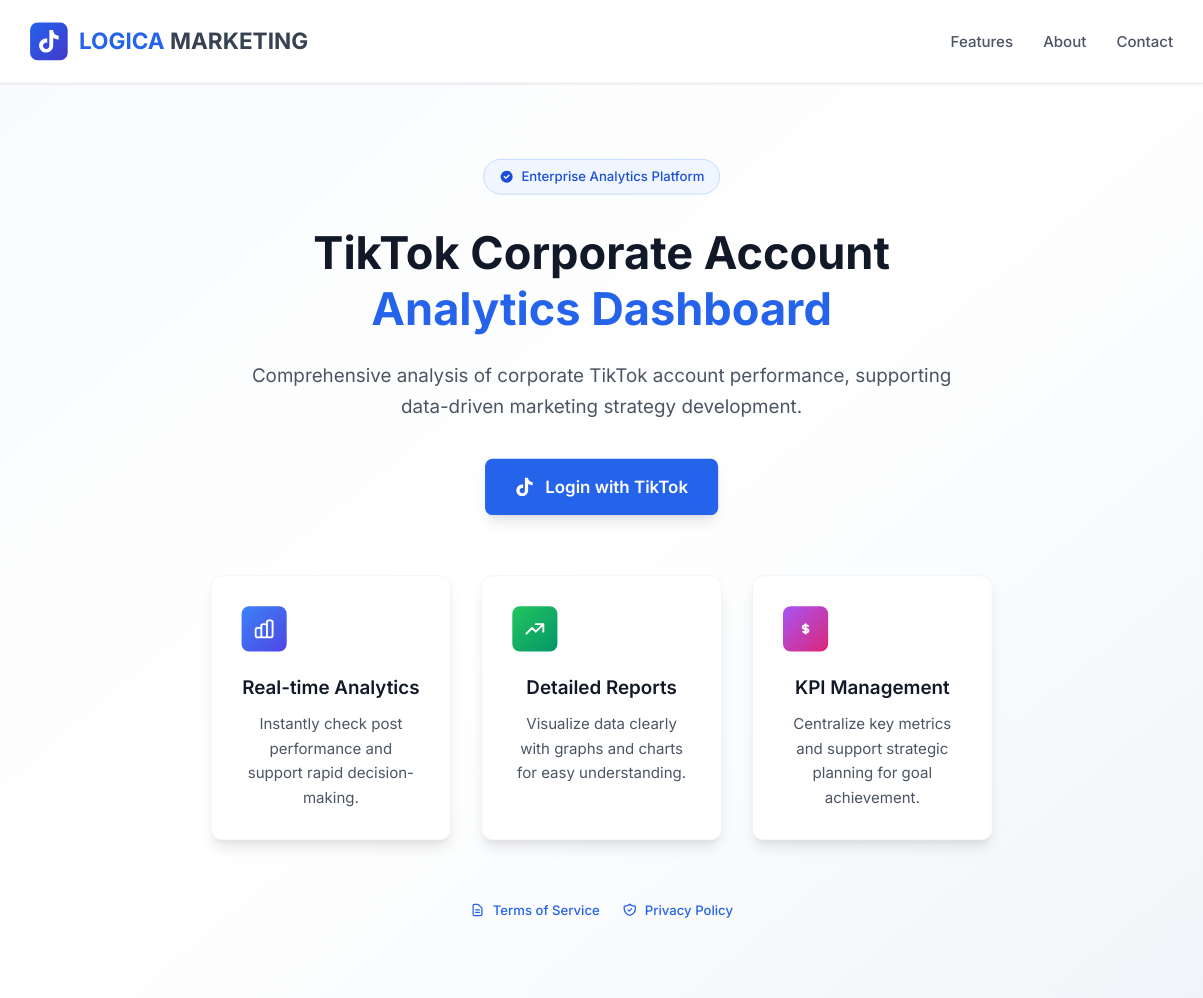
Repository: masayasusuzuki/LogicaMarketingTool
Page: /
The author's editor kept a copy of each file at every save. The page is drawn from the files as they stood at one save, then again after the next save.
The browser window is 1280 px wide. The pictures show the whole page, at 94% of full size.
The project was rebuilt for these pictures with package versions that can differ from the ones it lists, and the page was loaded fresh each time. The framework's server and built-in components were replaced by stand-ins that run in the browser. Also part of the build but not shown: next.config.js.

Above is the page before, as saved 2025-08-07 15:02:22.

### src/app/layout.tsx
import type { Metadata } from 'next'
import { Inter } from 'next/font/google'
import './globals.css'

const inter = Inter({ subsets: ['latin'] })

export const metadata: Metadata = {
  title: 'LOGICA MARKETING - TikTok Analytics',
  description: 'TikTok Corporate Account Analytics Dashboard',
}

export default function RootLayout({
  children,
}: {
  children: React.ReactNode
}) {
  return (
    <html lang="en">
      <body className={inter.className}>{children}</body>
    </html>
  )
}

### src/app/page.tsx
'use client'

import Link from 'next/link'

export default function Home() {
  return (
    <div className="min-h-screen bg-gradient-to-br from-slate-50 via-white to-slate-100">
      {/* ヘッダー */}
      <header className="bg-white shadow-sm border-b border-gray-200">
        <div className="max-w-7xl mx-auto px-4 sm:px-6 lg:px-8">
          <div className="flex justify-between items-center py-6">
            <div className="flex items-center">
              <div className="w-10 h-10 bg-gradient-to-br from-blue-600 to-indigo-700 rounded-lg flex items-center justify-center mr-3">
                <svg className="w-6 h-6 text-white" fill="currentColor" viewBox="0 0 24 24">
                  <path d="M12.525.02c1.31-.02 2.61-.01 3.91-.02.08 1.53.63 3.09 1.75 4.17 1.12 1.11 2.7 1.62 4.24 1.79v4.03c-1.44-.05-2.89-.35-4.2-.97-.57-.26-1.1-.59-1.62-.93-.01 2.92.01 5.84-.02 8.75-.08 1.4-.54 2.79-1.35 3.94-1.31 1.92-3.58 3.17-5.91 3.21-1.43.08-2.86-.31-4.08-1.03-2.02-1.19-3.44-3.37-3.65-5.71-.02-.5-.03-1-.01-1.49.18-1.9 1.12-3.72 2.58-4.96 1.66-1.44 3.98-2.13 6.15-1.72.02 1.48-.04 2.96-.04 4.44-.99-.32-2.15-.23-3.02.37-.63.41-1.11 1.04-1.36 1.75-.21.51-.15 1.07-.14 1.61.24 1.64 1.82 3.02 3.5 2.87 1.12-.01 2.19-.66 2.77-1.61.19-.33.4-.67.41-1.06.1-1.79.06-3.57.07-5.36.01-4.03-.01-8.05.02-12.07z"/>
                </svg>
              </div>
              <h1 className="text-2xl font-bold text-gray-900">
                <span className="text-blue-600">LOGICA</span>
                <span className="text-gray-700"> MARKETING</span>
              </h1>
            </div>
            <nav className="hidden md:flex space-x-8">
              <a href="#features" className="text-gray-600 hover:text-gray-900 font-medium">Features</a>
              <a href="#about" className="text-gray-600 hover:text-gray-900 font-medium">About</a>
              <a href="#contact" className="text-gray-600 hover:text-gray-900 font-medium">Contact</a>
            </nav>
          </div>
        </div>
      </header>

      {/* メインコンテンツ */}
      <main className="flex items-center justify-center min-h-screen py-20">
        <div className="text-center max-w-4xl mx-auto px-4 sm:px-6 lg:px-8">
          {/* ヒーローセクション */}
          <div className="mb-16">
            <div className="inline-flex items-center px-4 py-2 bg-blue-50 text-blue-700 rounded-full text-sm font-medium mb-8 border border-blue-200">
              <svg className="w-4 h-4 mr-2" fill="currentColor" viewBox="0 0 20 20">
                <path fillRule="evenodd" d="M10 18a8 8 0 100-16 8 8 0 000 16zm3.707-9.293a1 1 0 00-1.414-1.414L9 10.586 7.707 9.293a1 1 0 00-1.414 1.414l2 2a1 1 0 001.414 0l4-4z" clipRule="evenodd"/>
              </svg>
              Enterprise Analytics Platform
            </div>

            <h1 className="text-5xl font-bold text-gray-900 mb-6 leading-tight">
              TikTok Corporate Account
              <br />
              <span className="text-blue-600">Analytics Dashboard</span>
            </h1>

            <p className="text-xl text-gray-600 leading-relaxed mb-10 max-w-3xl mx-auto">
              Comprehensive analysis of corporate TikTok account performance,
              supporting data-driven marketing strategy development.
            </p>

            <div className="flex justify-center">
              <Link
                href="/auth/callback"
                className="inline-flex items-center justify-center px-8 py-4 bg-blue-600 hover:bg-blue-700 text-white font-semibold rounded-lg text-lg transition-colors duration-200 shadow-lg hover:shadow-xl"
              >
                <svg className="w-5 h-5 mr-3" fill="currentColor" viewBox="0 0 24 24">
                  <path d="M12.525.02c1.31-.02 2.61-.01 3.91-.02.08 1.53.63 3.09 1.75 4.17 1.12 1.11 2.7 1.62 4.24 1.79v4.03c-1.44-.05-2.89-.35-4.2-.97-.57-.26-1.1-.59-1.62-.93-.01 2.92.01 5.84-.02 8.75-.08 1.4-.54 2.79-1.35 3.94-1.31 1.92-3.58 3.17-5.91 3.21-1.43.08-2.86-.31-4.08-1.03-2.02-1.19-3.44-3.37-3.65-5.71-.02-.5-.03-1-.01-1.49.18-1.9 1.12-3.72 2.58-4.96 1.66-1.44 3.98-2.13 6.15-1.72.02 1.48-.04 2.96-.04 4.44-.99-.32-2.15-.23-3.02.37-.63.41-1.11 1.04-1.36 1.75-.21.51-.15 1.07-.14 1.61.24 1.64 1.82 3.02 3.5 2.87 1.12-.01 2.19-.66 2.77-1.61.19-.33.4-.67.41-1.06.1-1.79.06-3.57.07-5.36.01-4.03-.01-8.05.02-12.07z"/>
                </svg>
                Login with TikTok
              </Link>
            </div>
          </div>

          {/* 機能ハイライト */}
          <div id="features" className="grid grid-cols-1 md:grid-cols-3 gap-8 mb-16">
            <div className="bg-white rounded-xl p-8 shadow-lg border border-gray-100">
              <div className="w-12 h-12 bg-gradient-to-br from-blue-500 to-indigo-600 rounded-lg flex items-center justify-center mb-6">
                <svg className="w-6 h-6 text-white" fill="none" stroke="currentColor" viewBox="0 0 24 24">
                  <path strokeLinecap="round" strokeLinejoin="round" strokeWidth={2} d="M9 19v-6a2 2 0 00-2-2H5a2 2 0 00-2 2v6a2 2 0 002 2h2a2 2 0 002-2zm0 0V9a2 2 0 012-2h2a2 2 0 012 2v10m-6 0a2 2 0 002 2h2a2 2 0 002-2m0 0V5a2 2 0 012-2h2a2 2 0 012 2v14a2 2 0 01-2 2h-2a2 2 0 01-2-2z" />
                </svg>
              </div>
              <h3 className="text-xl font-semibold text-gray-900 mb-3">Real-time Analytics</h3>
              <p className="text-gray-600 leading-relaxed">
                Instantly check post performance and support rapid decision-making.
              </p>
            </div>

            <div className="bg-white rounded-xl p-8 shadow-lg border border-gray-100">
              <div className="w-12 h-12 bg-gradient-to-br from-green-500 to-emerald-600 rounded-lg flex items-center justify-center mb-6">
                <svg className="w-6 h-6 text-white" fill="none" stroke="currentColor" viewBox="0 0 24 24">
                  <path strokeLinecap="round" strokeLinejoin="round" strokeWidth={2} d="M13 7h8m0 0v8m0-8l-8 8-4-4-6 6" />
                </svg>
              </div>
              <h3 className="text-xl font-semibold text-gray-900 mb-3">Detailed Reports</h3>
              <p className="text-gray-600 leading-relaxed">
                Visualize data clearly with graphs and charts for easy understanding.
              </p>
            </div>

            <div className="bg-white rounded-xl p-8 shadow-lg border border-gray-100">
              <div className="w-12 h-12 bg-gradient-to-br from-purple-500 to-pink-600 rounded-lg flex items-center justify-center mb-6">
                <svg className="w-6 h-6 text-white" fill="none" stroke="currentColor" viewBox="0 0 24 24">
                  <path strokeLinecap="round" strokeLinejoin="round" strokeWidth={2} d="M12 8c-1.657 0-3 .895-3 2s1.343 2 3 2 3 .895 3 2-1.343 2-3 2m0-8c1.11 0 2.08.402 2.599 1M12 8V7m0 1v8m0 0v1m0-1c-1.11 0-2.08-.402-2.599-1" />
                </svg>
              </div>
              <h3 className="text-xl font-semibold text-gray-900 mb-3">KPI Management</h3>
              <p className="text-gray-600 leading-relaxed">
                Centralize key metrics and support strategic planning for goal achievement.
              </p>
            </div>
          </div>

          {/* Legal Links */}
          <div className="mt-8 text-center space-x-6">
            <Link
              href="/terms"
              className="inline-flex items-center text-blue-600 hover:text-blue-700 font-medium text-sm"
            >
              <svg className="w-4 h-4 mr-2" fill="none" stroke="currentColor" viewBox="0 0 24 24">
                <path strokeLinecap="round" strokeLinejoin="round" strokeWidth={2} d="M9 12h6m-6 4h6m2 5H7a2 2 0 01-2-2V5a2 2 0 012-2h5.586a1 1 0 01.707.293l5.414 5.414a1 1 0 01.293.707V19a2 2 0 01-2 2z" />
              </svg>
              Terms of Service
            </Link>
            <Link
              href="/privacy"
              className="inline-flex items-center text-blue-600 hover:text-blue-700 font-medium text-sm"
            >
              <svg className="w-4 h-4 mr-2" fill="none" stroke="currentColor" viewBox="0 0 24 24">
                <path strokeLinecap="round" strokeLinejoin="round" strokeWidth={2} d="M9 12l2 2 4-4m5.618-4.016A11.955 11.955 0 0112 2.944a11.955 11.955 0 01-8.618 3.04A12.02 12.02 0 003 9c0 5.591 3.824 10.29 9 11.622 5.176-1.332 9-6.03 9-11.622 0-1.042-.133-2.052-.382-3.016z" />
              </svg>
              Privacy Policy
            </Link>
          </div>
        </div>
      </main>
    </div>
  )
}

### src/app/globals.css
@tailwind base;
@tailwind components;
@tailwind utilities;

:root {
  --foreground-rgb: 0, 0, 0;
  --background-start-rgb: 214, 219, 220;
  --background-end-rgb: 255, 255, 255;
  --tiktok-pink: #fe2c55;
  --tiktok-black: #121212;
  --tiktok-gray: #8e8e93;
}

@media (prefers-color-scheme: dark) {
  :root {
    --foreground-rgb: 255, 255, 255;
    --background-start-rgb: 0, 0, 0;
    --background-end-rgb: 0, 0, 0;
  }
}

body {
  color: rgb(var(--foreground-rgb));
  background: linear-gradient(
      to bottom,
      transparent,
      rgb(var(--background-end-rgb))
    )
    rgb(var(--background-start-rgb));
}

@layer utilities {
  .text-balance {
    text-wrap: balance;
  }
}

/* カスタムカラーの直接定義 */
.bg-tiktok-pink {
  background-color: var(--tiktok-pink);
}

.text-tiktok-pink {
  color: var(--tiktok-pink);
}

.border-tiktok-pink {
  border-color: var(--tiktok-pink);
}

.bg-tiktok-black {
  background-color: var(--tiktok-black);
}

.text-tiktok-black {
  color: var(--tiktok-black);
}

.bg-tiktok-gray {
  background-color: var(--tiktok-gray);
}

.text-tiktok-gray {
  color: var(--tiktok-gray);
}

/* グラデーション */
.from-tiktok-pink {
  --tw-gradient-from: var(--tiktok-pink);
  --tw-gradient-stops: var(--tw-gradient-from), var(--tw-gradient-to, rgba(254, 44, 85, 0));
}

.to-tiktok-pink {
  --tw-gradient-to: var(--tiktok-pink);
}

/* シャドウ */
.shadow-tiktok-pink\/25 {
  box-shadow: 0 25px 50px -12px rgba(254, 44, 85, 0.25);
}

### tailwind.config.js
/** @type {import('tailwindcss').Config} */
module.exports = {
  content: [
    './src/pages/**/*.{js,ts,jsx,tsx,mdx}',
    './src/components/**/*.{js,ts,jsx,tsx,mdx}',
    './src/app/**/*.{js,ts,jsx,tsx,mdx}',
  ],
  theme: {
    extend: {
      colors: {
        tiktok: {
          pink: '#fe2c55',
          black: '#121212',
          gray: '#8e8e93',
        }
      },
      animation: {
        'pulse': 'pulse 2s cubic-bezier(0.4, 0, 0.6, 1) infinite',
        'bounce': 'bounce 1s infinite',
      },
      backdropBlur: {
        xs: '2px',
      }
    },
  },
  plugins: [],
}

After the next save:
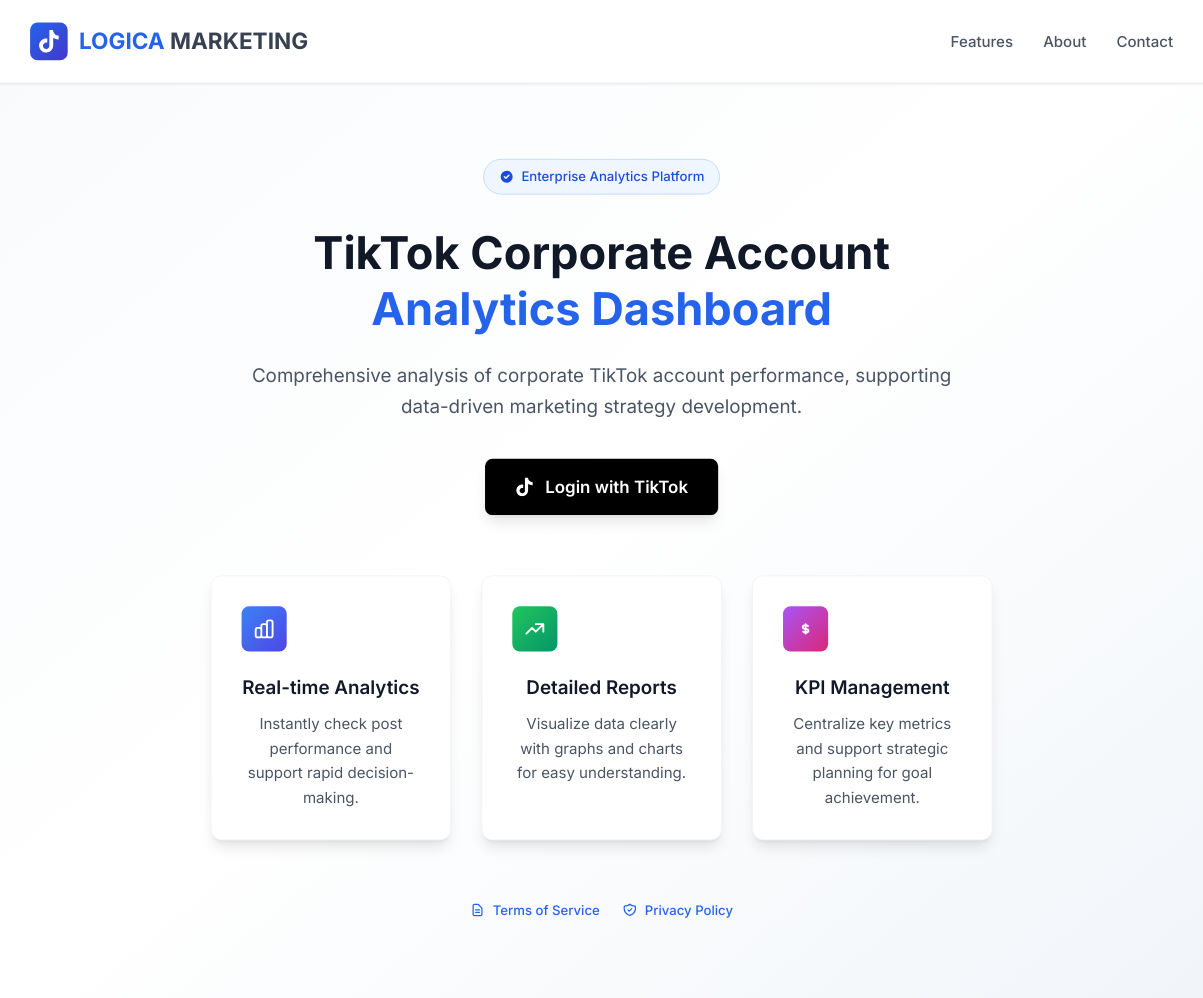
Saved 2 min 43 s later.
--- a/src/app/page.tsx
+++ b/src/app/page.tsx
@@ -55,7 +55,7 @@
             <div className="flex justify-center">
               <Link
                 href="/auth/callback"
-                className="inline-flex items-center justify-center px-8 py-4 bg-blue-600 hover:bg-blue-700 text-white font-semibold rounded-lg text-lg transition-colors duration-200 shadow-lg hover:shadow-xl"
+                className="inline-flex items-center justify-center px-8 py-4 bg-black hover:bg-gray-800 text-white font-semibold rounded-lg text-lg transition-colors duration-200 shadow-lg hover:shadow-xl"
               >
                 <svg className="w-5 h-5 mr-3" fill="currentColor" viewBox="0 0 24 24">
                   <path d="M12.525.02c1.31-.02 2.61-.01 3.91-.02.08 1.53.63 3.09 1.75 4.17 1.12 1.11 2.7 1.62 4.24 1.79v4.03c-1.44-.05-2.89-.35-4.2-.97-.57-.26-1.1-.59-1.62-.93-.01 2.92.01 5.84-.02 8.75-.08 1.4-.54 2.79-1.35 3.94-1.31 1.92-3.58 3.17-5.91 3.21-1.43.08-2.86-.31-4.08-1.03-2.02-1.19-3.44-3.37-3.65-5.71-.02-.5-.03-1-.01-1.49.18-1.9 1.12-3.72 2.58-4.96 1.66-1.44 3.98-2.13 6.15-1.72.02 1.48-.04 2.96-.04 4.44-.99-.32-2.15-.23-3.02.37-.63.41-1.11 1.04-1.36 1.75-.21.51-.15 1.07-.14 1.61.24 1.64 1.82 3.02 3.5 2.87 1.12-.01 2.19-.66 2.77-1.61.19-.33.4-.67.41-1.06.1-1.79.06-3.57.07-5.36.01-4.03-.01-8.05.02-12.07z"/>
